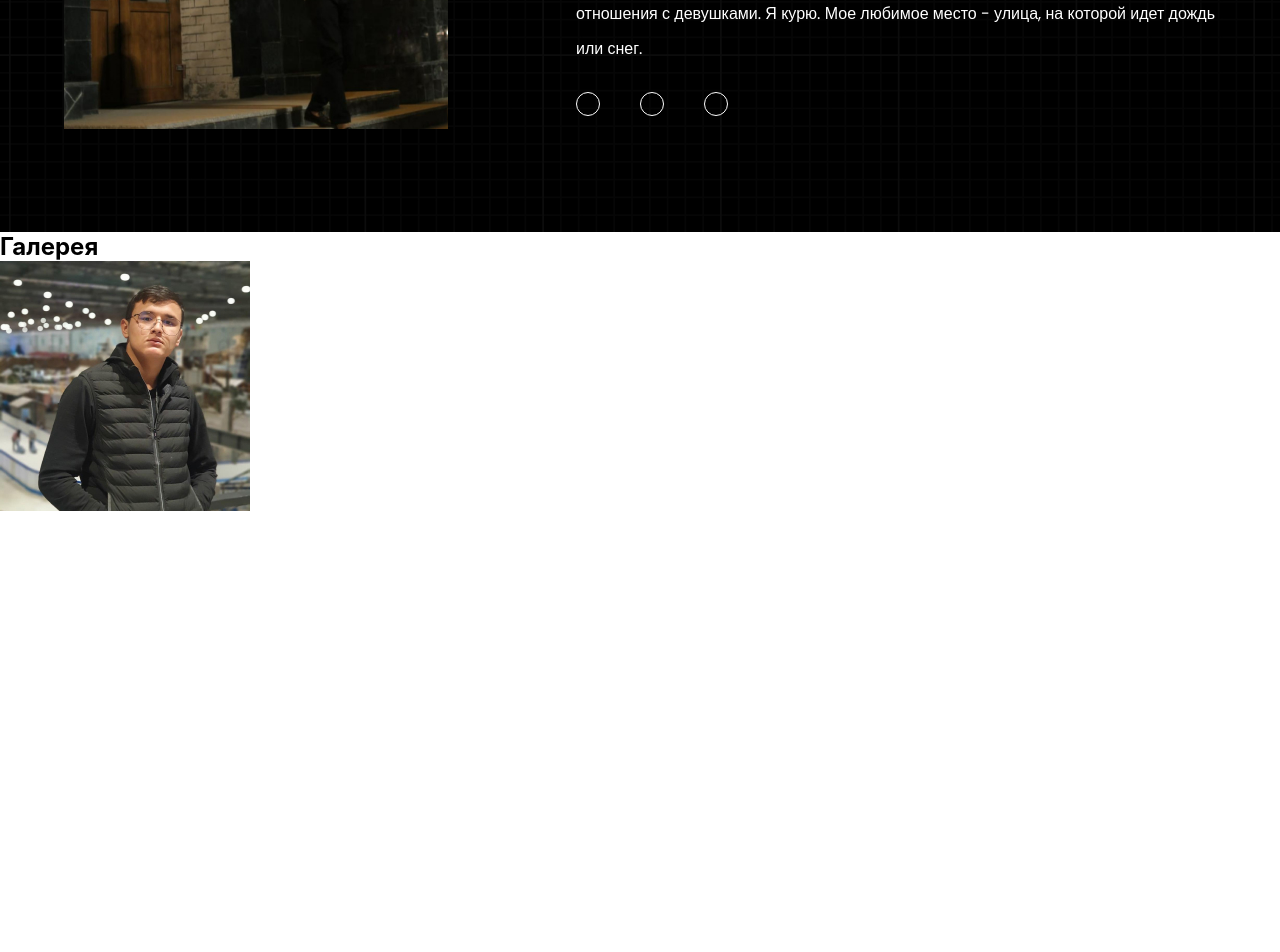
Repository: sardorexe/xishnik
Page: /
An editor plug-in stored every save of this project. The page is shown before and after a run of saves, followed by the edit.
The browser window is 1280 px wide. The pictures show the part of the page from y = 1208 to 2160 px (the page is 2160 px tall).
Some icons come from a web library that is not loaded, so they are not drawn. Some web libraries are served in a nearby version. The project was rebuilt for these pictures with package versions that can differ from the ones it lists, and the page was loaded fresh each time. Some packages were replaced by stand-ins written for this rebuild. The framework's server and built-in components were replaced by stand-ins that run in the browser. Also part of the build but not shown: next.config.js.

Above is the page before, as saved 2021-09-27 21:18:44.

### pages/_app.js
import "../styles/globals.css";
import Layout from "../comps/layout";
import Head from "next/head";

function MyApp({ Component, pageProps }) {
  return (
    <>
      <Head>
        <link
          rel="stylesheet"
          href="https://pro.fontawesome.com/releases/v5.10.0/css/all.css"
          integrity="sha384-AYmEC3Yw5cVb3ZcuHtOA93w35dYTsvhLPVnYs9eStHfGJvOvKxVfELGroGkvsg+p"
          crossorigin="anonymous"
        />
      </Head>
      <Layout>
        <Component {...pageProps} />
      </Layout>
    </>
  );
}

export default MyApp;

### pages/_document.js
import Document, { Html, Head, Main, NextScript } from "next/document";

class MyDocument extends Document {
  static async getInitialProps(ctx) {
    const initialProps = await Document.getInitialProps(ctx);
    return { ...initialProps };
  }

  render() {
    return (
      <Html lang="en">
        <Head />
        <body>
          <Main />
          <NextScript />
        </body>
      </Html>
    );
  }
}

export default MyDocument

### pages/index.js
import Head from "next/head";
import Biography from "../comps/Biography";
import Gallery from "../comps/Gallery";
import Header from "../comps/Header";

export default function Home() {
  return (
    <>
      <Head>
        <title>Xishnik</title>
        <meta name="description" content="Xishnik gang bang" />
        <link rel="preconnect" href="https://fonts.googleapis.com" />
        <link rel="preconnect" href="https://fonts.gstatic.com" crossOrigin />
        <link
          href="https://fonts.googleapis.com/css2?family=Montserrat:wght@100;300;400;700&family=Poppins:wght@300;400;500;700&family=Quicksand:wght@700&display=swap&family=Racing+Sans+One&display=swap"
          rel="stylesheet"
        />
      </Head>
      <Header />
      <Biography />
      <Gallery />
    </>
  );
}

### styles/globals.css
::-webkit-scrollbar {
  display: none;
}

html,
body {
  padding: 0;
  margin: 0;
  font-family: -apple-system, BlinkMacSystemFont, Segoe UI, Roboto, Oxygen,
    Ubuntu, Cantarell, Fira Sans, Droid Sans, Helvetica Neue, sans-serif;
  box-sizing: border-box;
}

h1,
h2,
h3,
h4,
h5,
h6,
p {
  margin: 0;
  padding: 0;
}

a {
  color: inherit;
  text-decoration: none;
}

* {
  box-sizing: border-box;
}

### comps/layout.js
import Indicator from "./Indicator";

export default function Layout({ children }) {
  return (
    <>
      <Indicator />
      {children}
    </>
  );
}

### comps/Biography.js
import styles from "../styles/Biography.module.css";
import { useState, useEffect } from "react";
import AboutBox from "./miniComp/AboutBox";
import SocialMedia from "./miniComp/SocialMedia";

export default function Biography() {
  const [age, setAge] = useState(0);

  const calcAge = () => {
    let date = new Date();
    setAge(date.getFullYear() - 2004);
  };

  useEffect(() => {
    calcAge();
  }, []);

  return (
    <main className={styles.container}>
      <h1 className={styles.contentTitle}>Биография</h1>
      <div className={styles.parentContent}>
        <div className={styles.img}>
          <img
            src="/biography.jpg"
            width="100%"
            alt="xishnik, ilhom, xiwnik, hishnik, hiwnik, litsey, yurist, xorazm, gurlan"
          />
        </div>
        <div className={styles.content}>
          <h2>
            <li>Ильхaм Эгамберганов</li>
          </h2>
          <div className={styles.about}>
            <AboutBox
              icon="fal fa-calendar"
              title="Дата рождения"
              content="22.12.2004"
            />
            <AboutBox
              icon="fas fa-map-marker-alt"
              title="Место рождения"
              content="Хорезм, Узбекистан"
            />
            <AboutBox
              icon="fas fa-briefcase"
              title="Профессия"
              content="Юрист"
            />
          </div>
          <p className={styles.more}>
            Как дела? Я Ильхом. Я родился в Хорезме. Мне {age} лет. Реалист.
            Сейчас я учусь в юридическом лицее в Ташкенте. У меня немного
            друзей, но они близкие. Например, Джахонгир, Бехруз, Дениз и Сухроб.
            Это наш круг. В целом у меня хорошие отношения с девушками. Я курю.
            Мое любимое место - улица, на которой идет дождь или снег.
          </p>
          <div className={styles.social}>
            <SocialMedia
              icon="fab fa-instagram"
              url="https://instagram.com/xishnik_3583"
            />
            <SocialMedia icon="fas fa-phone" url="tel:+998974533583" />
            <SocialMedia
              icon="fab fa-telegram-plane"
              url="https://t.me/MR_ILKHAM"
            />
          </div>
        </div>
      </div>
      <div className={styles.freeContent}></div>
    </main>
  );
}

### comps/Gallery.js
import styles from "../styles/Gallery.module.css";

export default function Gallery() {
  return (
    <section className={styles.container}>
      <h1 className={styles.title}>Галерея</h1>
      <div className={styles.photos}>
        <div className={styles.photo}>
          <img src="/gallery1.jpg" alt="" />
        </div>
      </div>
    </section>
  );
}

### comps/Header.js
import styles from "../styles/Home.module.css";

export default function Header() {
  return (
    <>
      <header className={styles.header}>
        <div className={styles.background}>
          <video
            loop
            muted
            autoPlay
            style={{
              objectFit: "cover",
              height: "100%",
              width: "40%",
              opacity: "0.6",
            }}
            src="/background.mp4"
          ></video>
        </div>
        <div className={styles.content}>
          <div className={styles.textContent}>
            <h1>XISHNIK GANG</h1>
            <li> -- Я получу всё что хочу</li>
          </div>
        </div>
      </header>
    </>
  );
}

### comps/Indicator.js
import { useState, useEffect } from "react";

export default function Indicator() {
  const [width, setWidth] = useState(0);
  const watchScrolling = () => {
    let winScroll =
      document.body.scrollTop || document.documentElement.scrollTop;
    let height =
      document.documentElement.scrollHeight -
      document.documentElement.clientHeight;
    let scrolled = (winScroll / height) * 100;
    setWidth(scrolled);
  };

  useEffect(() => {
    window.onscroll = function () {
      watchScrolling();
    };
  }, [width]);

  return (
    <>
      <div className="indicator"></div>
      <style jsx>{`
        .indicator {
          position: fixed;
          top: 0;
          left: 0;
          width: ${width}%;
          height: 4px;
          background: #fff;
          z-index: 99999999;
        }
      `}</style>
    </>
  );
}

### styles/Biography.module.css
.container {
  background: url(/background.jpg);
  background-size: cover;
  background-repeat: no-repeat;
  display: flex;
  flex-direction: column;
  justify-content: space-between;
  align-items: center;
  color: #fff;
  min-height: 100vh;
}

.contentTitle {
  font-family: "Montserrat", sans-serif;
  font-weight: bold;
  margin-top: 55px;
  font-size: 40px;
}

.parentContent {
  display: flex;
  flex-direction: row;
  justify-content: space-around;
  width: 100%;
}

.content {
  display: flex;
  flex-direction: column;
  align-items: flex-start;
  justify-content: space-around;
  width: 50%;
}

.content h2 {
  margin-bottom: 40px;
}

.img {
  overflow: hidden;
  width: 30%;
}

.img img {
  width: 100%;
  height: 100%;
  object-fit: cover;
}

.about {
  display: flex;
  flex-direction: row;
  align-items: center;
  justify-content: space-between;
  flex-wrap: wrap;
}

.more {
  font-family: "Poppins", sans-serif;
  font-weight: medium;
  line-height: 35px;
}

.social {
  display: flex;
  flex-direction: row;
  align-items: flex-start;
}

.freeContent {
  margin-top: 15px;
}

### comps/miniComp/AboutBox.js
export default function AboutBox({ icon, title, content }) {
  return (
    <>
      <div className="aboutBox">
        <div className="icon">
          <i className={icon}></i>
        </div>
        <div className="text">
          <p className="title">{title}</p>
          <p className="content">{content}</p>
        </div>
      </div>
      <style jsx>{`
        .aboutBox {
          display: flex;
          flex-direction: row;
          align-items: center;
          justify-content: center;
          margin: 0 10px 10px 0;
        }

        .icon {
          display: flex;
          align-items: center;
          justify-content: center;
          margin-right: 10px;
          padding: 10px;
          border-right: 1px solid #fff;
        }

        .title {
          font-family: "Montserrat", sans-serif;
          color: #5a5a5a;
        }

        .content {
          font-family: "Poppins", sans-serif;
          font-weight: bold;
        }

        .icon i {
          color: #fff;
        }
      `}</style>
    </>
  );
}

### comps/miniComp/SocialMedia.js
import styles from "../../styles/Social.module.css";
import Link from "next/link";

export default function SocialMedia({ icon, url }) {
  return (
    <Link href={url}>
      <a className={styles.button} target="_blank">
        <span className={styles.background}></span>
        <i className={icon}></i>
      </a>
    </Link>
  );
}

### styles/Home.module.css
.header {
  background-color: #000;
  height: 100vh;
  display: flex;
  justify-content: center;
  align-items: center;
}

.background {
  width: 80%;
  height: 100vh;
  position: absolute;
  top: 0;
  left: 0;
}

.content {
  margin-left: 80px;
  width: 60%;
  height: 100%;
  z-index: 9999;
  display: flex;
  justify-content: center;
  align-items: center;
  background: rgb(0, 0, 0);
}

.content h1 {
  font-family: 'Racing Sans One', cursive;
  font-size: 46px;
  margin: 0;
  font-weight: 700;
  z-index: 9999;
  color: #fff;
}

.content li {
  color: rgba(255, 255, 255, 0.527);
  font-family: 'Inter', sans-serif;
  font-weight: lighter;
}

### styles/Social.module.css
.button {
  position: relative;
  border: 1px solid #fff;
  padding: 11px;
  display: flex;
  justify-content: center;
  align-items: center;
  border-radius: 50px;
  overflow: hidden;
  margin-right: 40px;
}

.background {
  position: absolute;
  top: 0;
  left: 0;
  width: 100%;
  height: 100%;
  background-color: #fff;
  transform: scaleY(0);
  transform-origin: top center;
  transition: transform 0.3s cubic-bezier(0.445, 0.05, 0.55, 0.95);
}

.button:hover .background {
  transform-origin: bottom center;
  transform: scaleY(1);
}

.button i {
  color: #fff;
  z-index: 1;
  font-size: 20px;
  transition: color 0.3s ease;
}

.button:hover i {
    color: #000;
}

Loaded but not shown: styles/Gallery.module.css (common file)

After the next 2 saves:
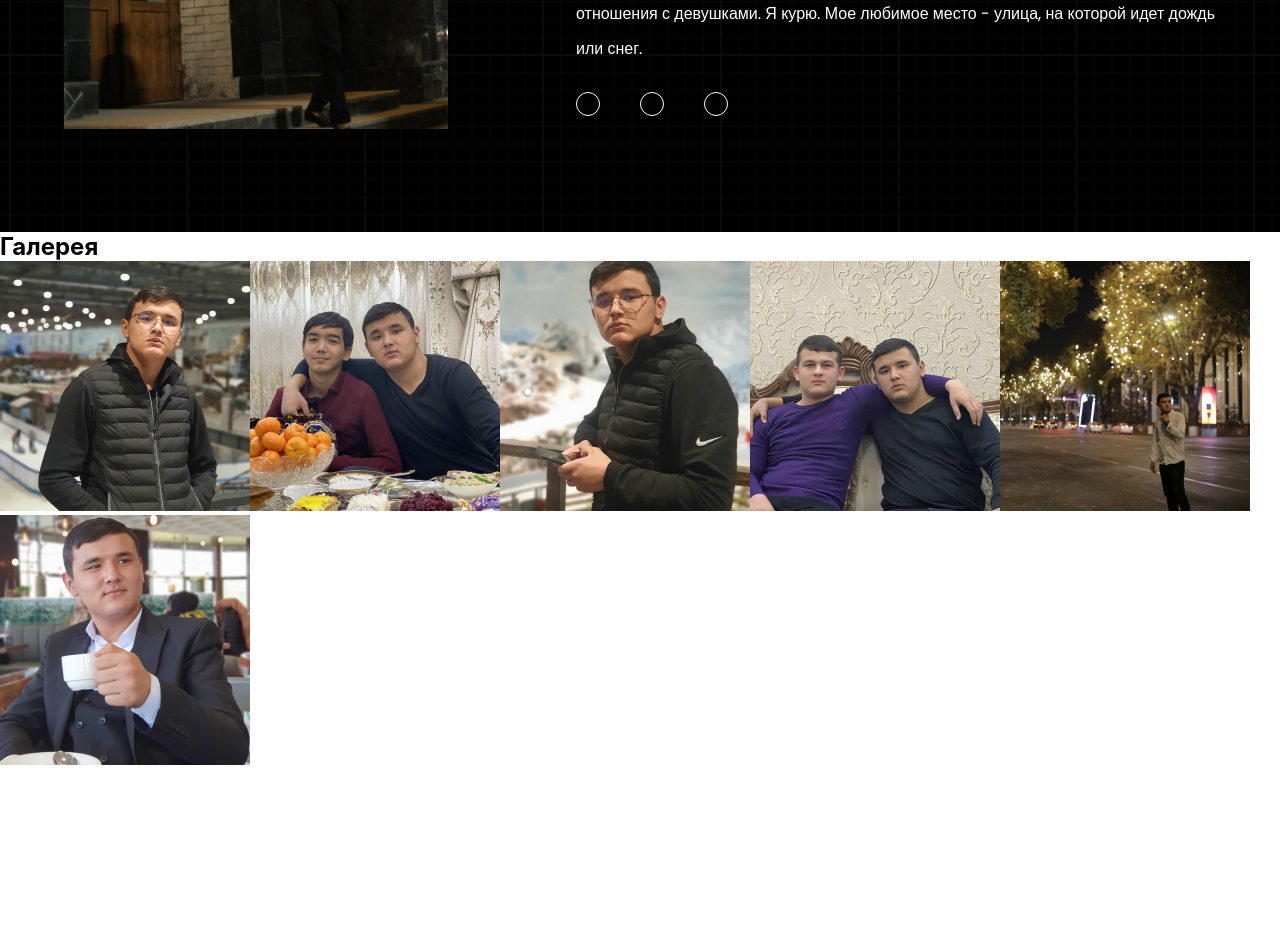
The 2 saves are shown as one change because they came seconds apart.
The last was saved 6 s later.
--- a/comps/Gallery.js
+++ b/comps/Gallery.js
@@ -6,7 +6,30 @@ export default function Gallery() {
       <h1 className={styles.title}>Галерея</h1>
       <div className={styles.photos}>
         <div className={styles.photo}>
-          <img src="/gallery1.jpg" alt="" />
+          <img
+            src="/gallery1.jpg"
+            alt="Xishnik jalla xishnik, ilhom, xiwnik, hishnik, hiwnik, litsey, yurist, xorazm, gurlan"
+          />
+          <img
+            src="/gallery2.jpg"
+            alt="Xishnik jalla xishnik, ilhom, xiwnik, hishnik, hiwnik, litsey, yurist, xorazm, gurlan"
+          />
+          <img
+            src="/gallery3.jpg"
+            alt="Xishnik jalla xishnik, ilhom, xiwnik, hishnik, hiwnik, litsey, yurist, xorazm, gurlan"
+          />
+          <img
+            src="/gallery4.jpg"
+            alt="Xishnik jalla xishnik, ilhom, xiwnik, hishnik, hiwnik, litsey, yurist, xorazm, gurlan"
+          />
+          <img
+            src="/gallery5.jpg"
+            alt="Xishnik jalla xishnik, ilhom, xiwnik, hishnik, hiwnik, litsey, yurist, xorazm, gurlan"
+          />
+          <img
+            src="/gallery6.jpg"
+            alt="Xishnik jalla xishnik, ilhom, xiwnik, hishnik, hiwnik, litsey, yurist, xorazm, gurlan"
+          />
         </div>
       </div>
     </section>
